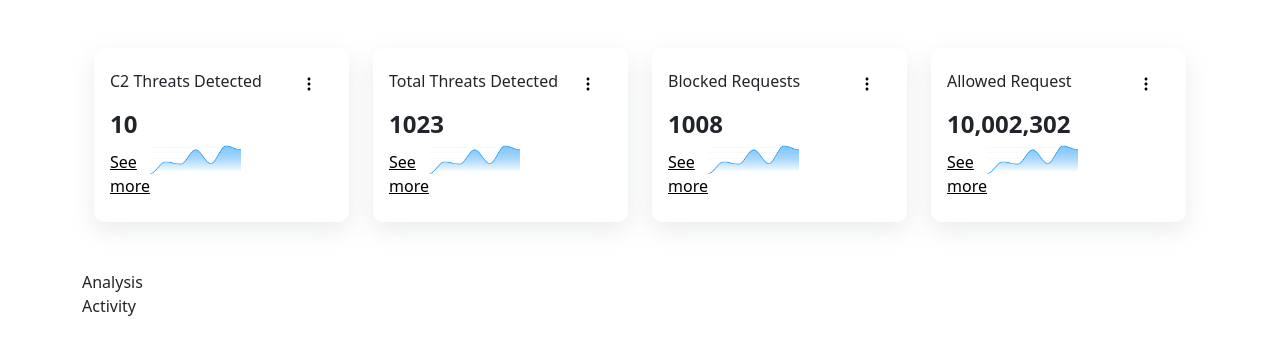
Repository: badhon252/dashboard
Page: /
The author's editor kept a copy of each file at every save. The page is drawn from the files as they stood at one save, then again after the next save.
The browser window is 1280 px wide. The pictures show the whole page.
The project was rebuilt for these pictures with package versions that can differ from the ones it lists, and the page was loaded fresh each time. Also part of the build but not shown: vite.config.js.

Above is the page before, as saved 2023-01-27 02:06:35.

### index.html
<!DOCTYPE html>
<html lang="en">

<head>
    <meta charset="UTF-8" />
    <link rel="icon" type="image/svg+xml" href="/vite.svg" />
    <meta name="viewport" content="width=device-width, initial-scale=1.0" />
    <!-- bootsrap cdn  -->
    <link rel="stylesheet" href="https://cdn.jsdelivr.net/npm/bootstrap@5.2.3/dist/css/bootstrap.min.css">
    <title>DashBoard</title>
</head>

<body>
    <div id="root"></div>

    <script type="module" src="/src/index.jsx"></script>
    <!-- bootsrap cdn  -->
    <script type="module" src="https://cdn.jsdelivr.net/npm/bootstrap@5.2.3/dist/js/bootstrap.bundle.min.js"></script>
</body>

</html>

### src/App.jsx
import './App.css'
import Activity from './Components/Activity/Activity'
import Analysis from './Components/Analysis/Analysis'
import Status from './Components/Status/Status'

function App() {

  return (
    <div className="container">
      <Status/>
      <Analysis/>
      <Activity/>
    </div>
  )
}

export default App

### src/App.css
.link {
    color: #000;
    text-decoration: underline;
    font-size: 1em;
}

### src/Components/Activity/Activity.jsx
import React from 'react';

const Activity = () => {
    return (
        <div>
            Activity
        </div>
    );
}

export default Activity;

### src/Components/Analysis/Analysis.jsx
import React from 'react'

export default function Analysis() {
  return (
    <div>Analysis</div>
  )
}

### src/Components/Status/Status.jsx
import React from 'react'
import "./Status.css"
import StatusCard from './StatusCard';
import dotIcon from "../../assets/dot.svg"

export default function Status() {
  return (
    <div id="status" className='container'>
      <div className='row' >

        <div className="col-md-3">
            <StatusCard title="C2 Threats Detected" icon={dotIcon} amount="10" link={null}/>
        </div>
        <div className="col-md-3">
            <StatusCard title="Total Threats Detected" icon={dotIcon} amount="1023" link={null}/>
        </div>
        <div className="col-md-3">
            <StatusCard title="Blocked Requests" icon={dotIcon} amount="1008" link={null}/>
        </div>
        <div className="col-md-3">
            <StatusCard title="Allowed Request" icon={dotIcon} amount="10,002,302" link={null}/>
        </div>

      </div>
    </div>
  )
}

### src/Components/Status/Status.css
/* Card css  */

.myCard {
    border-radius: 5px;
    cursor: pointer;
    transition: all 0.3s ease-in-out;
    width: 100%;
    box-shadow: rgba(149, 157, 165, 0.2) 0px 8px 24px;
    border-radius: 10px;
}

.myCard_title {
    font-size: 1rem;
    font-weight: 500;
    margin: 0.5rem 0;
}

.myCard_value {
    font-size: 1.5rem;
    font-weight: 600;
}

### src/Components/Status/StatusCard.jsx

import "./Status.css"
import StatusGraph from "./StatusGraph"

export default function StatusCard({title, icon, amount, link}) {
  return (
      <div className="myCard my-5 p-3" >
        <div className="myCard_Head d-flex justify-content-between" >
          <h3 className='myCard_title'>{title}</h3>
          <h3 className='myCard_icon'>
            <img className="img-fluid w-50" src={icon} alt=":" />
          </h3>
        </div>

        <div className="myCard_value">{amount}</div>

        <div className="myCard_data d-flex justify-content-between" >
          <div className="link py-2">
            <a href={link} >See more</a>
          </div>
          <div className="myCard_Graph">
            <StatusGraph/>
          </div>
        </div>
      </div>

  )
}

### src/Components/Status/StatusGraph.jsx
import areaChart from "../../assets/areaChat.png";

const StatusGraph = () => {
  return (
    <div>
      <img className="img-fluid w-50" src={areaChart} alt="" />
    </div>
  );
};

export default StatusGraph;

Loaded but not shown: src/index.jsx (common file)

After the next save:
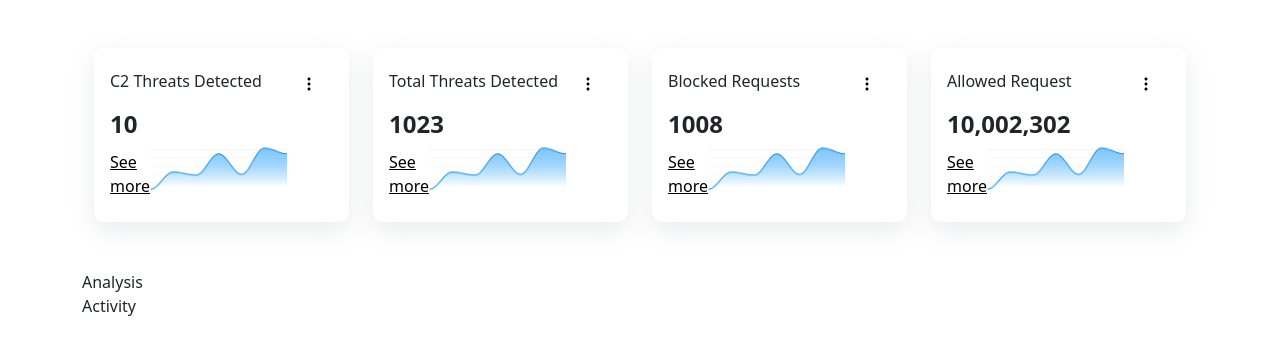
Saved 7 s later.
--- a/src/Components/Status/StatusGraph.jsx
+++ b/src/Components/Status/StatusGraph.jsx
@@ -3,7 +3,7 @@
 const StatusGraph = () => {
   return (
     <div>
-      <img className="img-fluid w-50" src={areaChart} alt="" />
+      <img className="img-fluid w-75" src={areaChart} alt="" />
     </div>
   );
 };

After the save that followed:
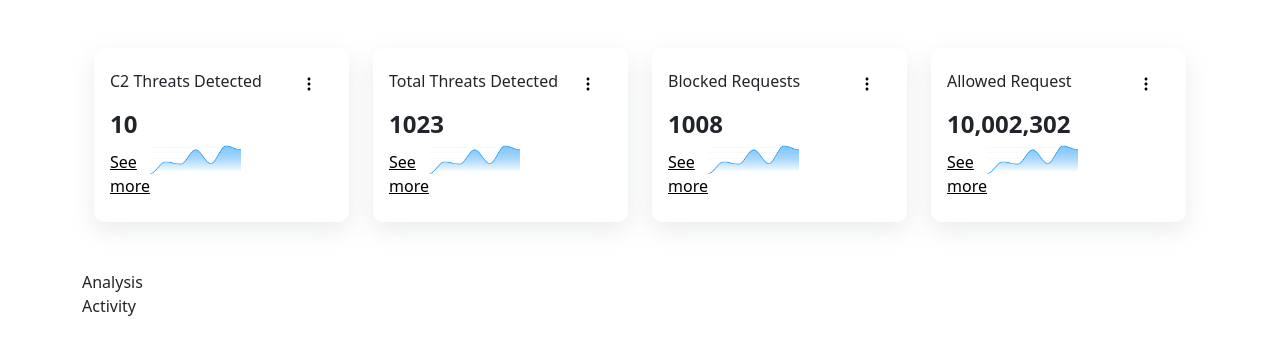
Saved 106 s later.
--- a/src/Components/Status/StatusGraph.jsx
+++ b/src/Components/Status/StatusGraph.jsx
@@ -3,7 +3,7 @@
 const StatusGraph = () => {
   return (
     <div>
-      <img className="img-fluid w-75" src={areaChart} alt="" />
+      <img className="img-fluid w-50" src={areaChart} alt="" />
     </div>
   );
 };
